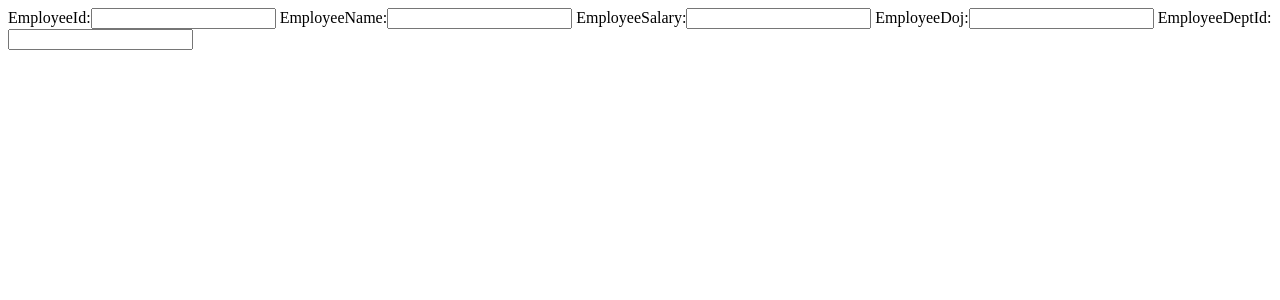
Repository: jayakumar721/projects
Page: WebFilter/WebContent/AddEmployee.html
These files come from the project's save history. The page is drawn as it stood at one moment and after the next save; the edit follows.
The browser window is 1280 px wide. The pictures show the whole page.

Above is the page before, as saved 2017-11-21 05:05:42.

### WebFilter/WebContent/AddEmployee.html
<!DOCTYPE html>
<html>
<head>
<meta charset="UTF-8">
<title>Insert title here</title>
</head>
<body>

<form action = "EmployeeDetails" method = "post">
EmployeeId:<input type = "text" name = "id">
EmployeeName:<input type = "text" name = "name">
EmployeeSalary:<input type = "text" name = "salary">
EmployeeDoj:<input type = "text" name = "doj">
EmployeeDeptId:<input type = "text" name = "deptId">
</form>

</body>
</html>

After the next save:
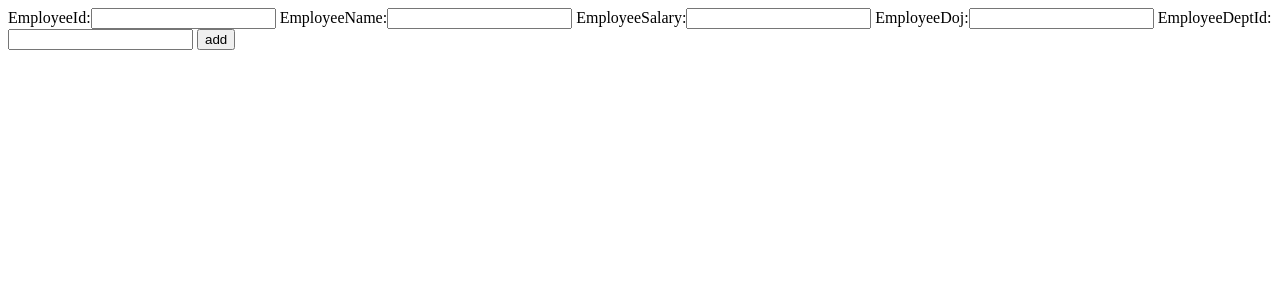
Saved 31 s later.
--- a/WebFilter/WebContent/AddEmployee.html
+++ b/WebFilter/WebContent/AddEmployee.html
@@ -12,6 +12,7 @@ EmployeeName:<input type = "text" name = "name">
 EmployeeSalary:<input type = "text" name = "salary">
 EmployeeDoj:<input type = "text" name = "doj">
 EmployeeDeptId:<input type = "text" name = "deptId">
+<input type ="submit" value="add" name="operation">
 </form>
 
 </body>
